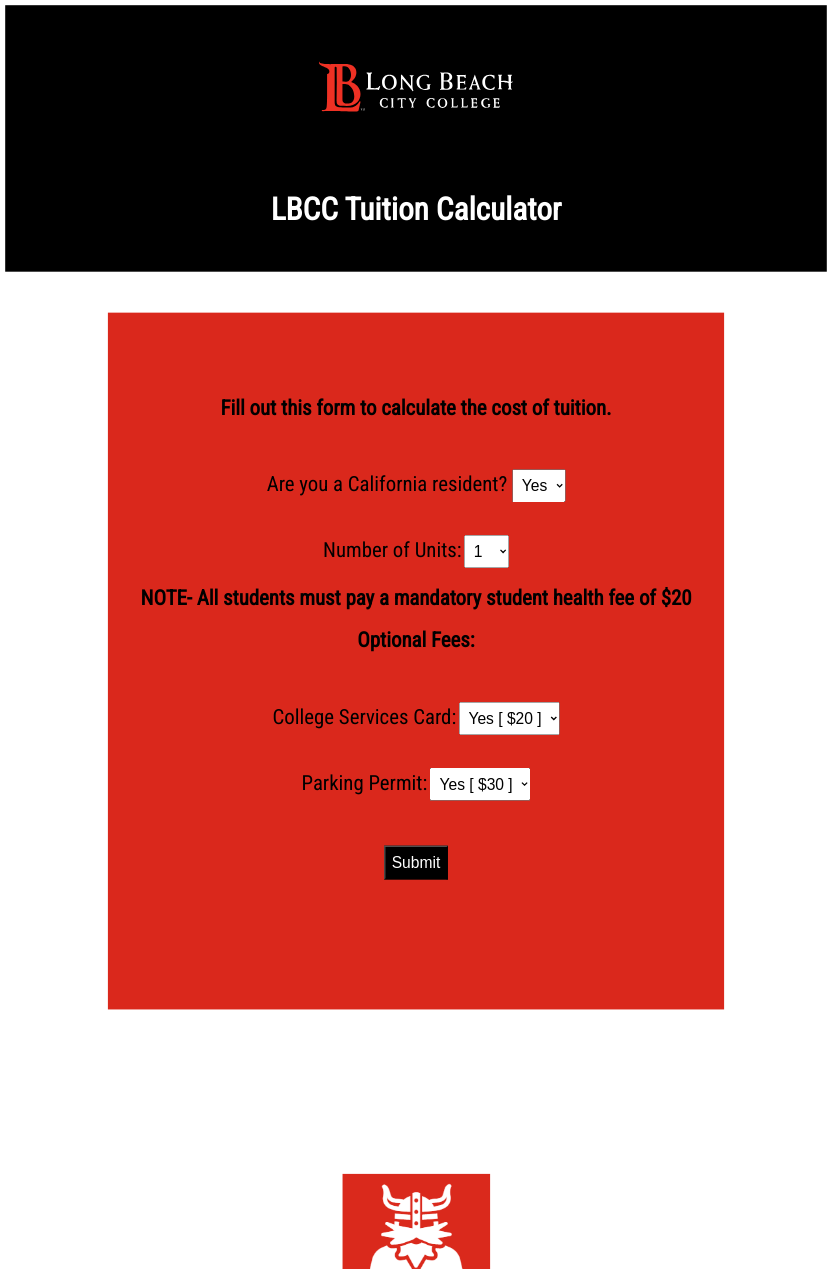
Repository: ryanaanderson0/COSW30
Page: Homework/Homework3/tuition.html
The author's editor kept a record of every edit. The page is drawn from the files as they stood at one moment, then again after the next edit.
The browser window is 1280 px wide. The pictures show the whole page, at 65% of full size.

Above is the page before.

### Homework/Homework3/tuition.html
<!DOCTYPE html>
<html>
<meta charset="utf-8">
<head>
    <title> Homework 3: Tuition Calculator</title>
    <link href="https://fonts.googleapis.com/css?family=Roboto+Condensed&display=swap" rel="stylesheet">
    <style>
        body {
            font-family: 'Roboto Condensed', sans-serif;
            text-align: center;
        }

        h1{
            font-size: 3em;
        }

        #header-white{
            color: white;
        }

        .header{
            background-color: black;
            padding-bottom: 10px;
            margin-bottom:  5%;
            height: 400px;
        }

        form{
            background-color: #DA281C;
            width: 75%;
            padding-top: 100px;
            padding-bottom: 200px;
            margin: 20px auto 20% auto;

        }

        h2, label{
            font-size: 2em;
        }

        .option{
            padding: 10px;
            margin-top: 50px;
            font-size: 1.5em;
        }

        button{
            font-size: 1.5em;
            background-color: black;
            color: white;
            padding: 10px;
            margin-top: 50px;
        }
    </style>
</head>
<body>
    <div class="header">
        <img src="logo.svg" height="250" width="300" alt="LBCC logo"></img>
        <h1 id="header-white">LBCC Tuition Calculator</h1>
    </div>

    <form method="POST" action="process_tuition.php">

    <h2> Fill out this form to calculate the cost of tuition.</h2>

    <!--Resident or non-resident-->

    <label>Are you a California resident? </label>
        <select id="resident" name="resident" class="option"><br>
            <option value="46"> Yes </option>
            <option value="265"> No </option>
        </select> <br>

  <!--# of unit dropdown form  -->

        <label> Number of Units:</label>
        <select id="units" name="units" class="option" required>
            <option value="1" name="units[]"> 1 </option> <br>
            <option value="2" name="units[]"> 2 </option> <br>
            <option value="3" name="units[]"> 3 </option> <br>
            <option value="4" name="units[]"> 4 </option> <br>
            <option value="5" name="units[]"> 5 </option> <br>
            <option value="6" name="units[]"> 6 </option> <br>
            <option value="7" name="units[]"> 7 </option> <br>
            <option value="8" name="units[]"> 8 </option> <br>
            <option value="9" name="units[]"> 9 </option> <br>
            <option value="10" name="units[]"> 10 </option> <br>
            <option value="11" name="units[]"> 11 </option> <br>
            <option value="12" name="units[]"> 12 </option> <br>
            <option value="13" name="units[]"> 13 </option> <br>
            <option value="14" name="units[]"> 14 </option> <br>
            <option value="15" name="units[]"> 15 </option> <br>
            <option value="16" name="units[]"> 16 </option> <br>
            <option value="17" name="units[]"> 17 </option> <br>
            <option value="18" name="units[]"> 18 </option> <br>
            <option value="19" name="units[]"> 19 </option> <br>
            <option value="20" name="units[]"> 20 </option> <br>
            <option value="21" name="units[]"> 21 </option> <br>
        </select><br>

        <!--Mandatory fee -->

        <h2> NOTE- All students must pay a mandatory student health fee of $20<h2>

        <!--Optional Fees-->

        <h2> Optional Fees:</h2>

        <!--College Services Card-->

        <label>College Services Card:</label>
        <select id="services_card" name="services_card" class="option"><br>
            <option value="20"> Yes [ $20 ]</option>
            <option value="0"> No [ $0 ]</option>
        </select> <br>

        <!--Parking Permit-->

        <label>Parking Permit:</label>
        <select id="parking_permit" name="parking_permit" class="option"><br>
            <option value="30" name="parking_permit"> Yes [ $30 ]</option>
            <option value="0" name="parking_permit"> No [ $0 ]</option>
        </select> <br>
        <br>
        <button> Submit </button>


    </form>

    <img src="viking.PNG" alt="red and white viking image" id="viking"></img>

</body>
</html>

After the next edit:
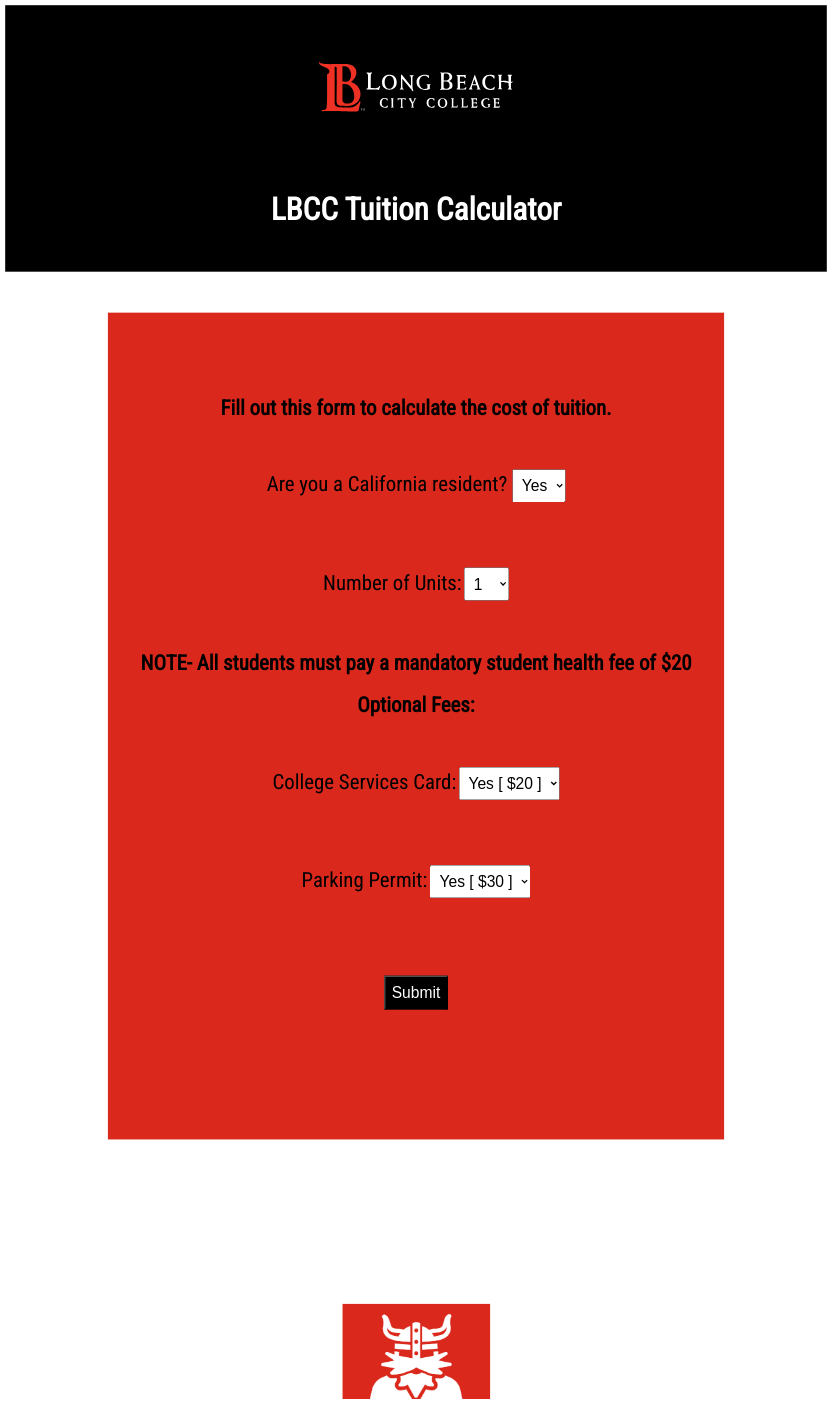
The edit:
--- a/Homework/Homework3/tuition.html
+++ b/Homework/Homework3/tuition.html
@@ -40,7 +40,7 @@
 
         .option{
             padding: 10px;
-            margin-top: 50px;
+            margin: 50px 0 50px 0;
             font-size: 1.5em;
         }
 
